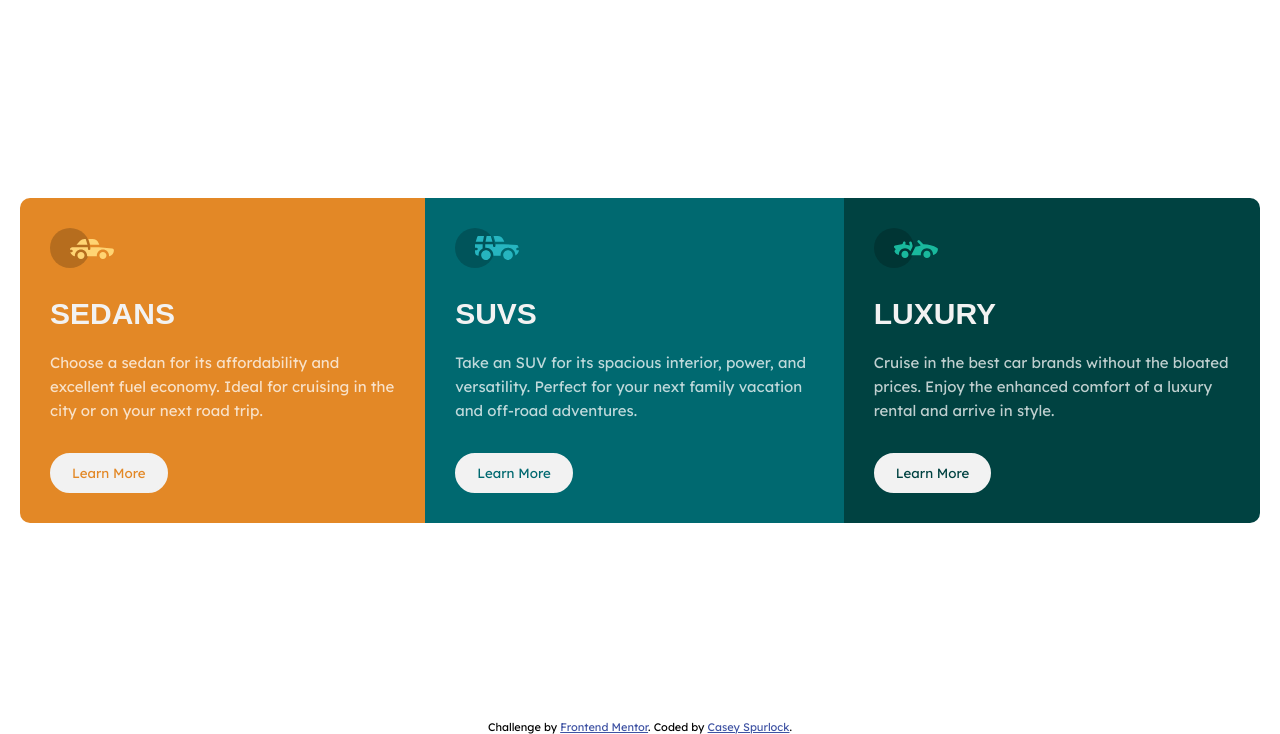
Repository: CaseySpurlock/3-column-preview-card-component-main
Page: index.html
An editor plug-in stored every save of this project. The page is shown before and after the next save, followed by the edit.
The browser window is 1280 px wide. The pictures show the whole page.

Above is the page before, as saved 2021-06-23 11:22:13.

After the next save:
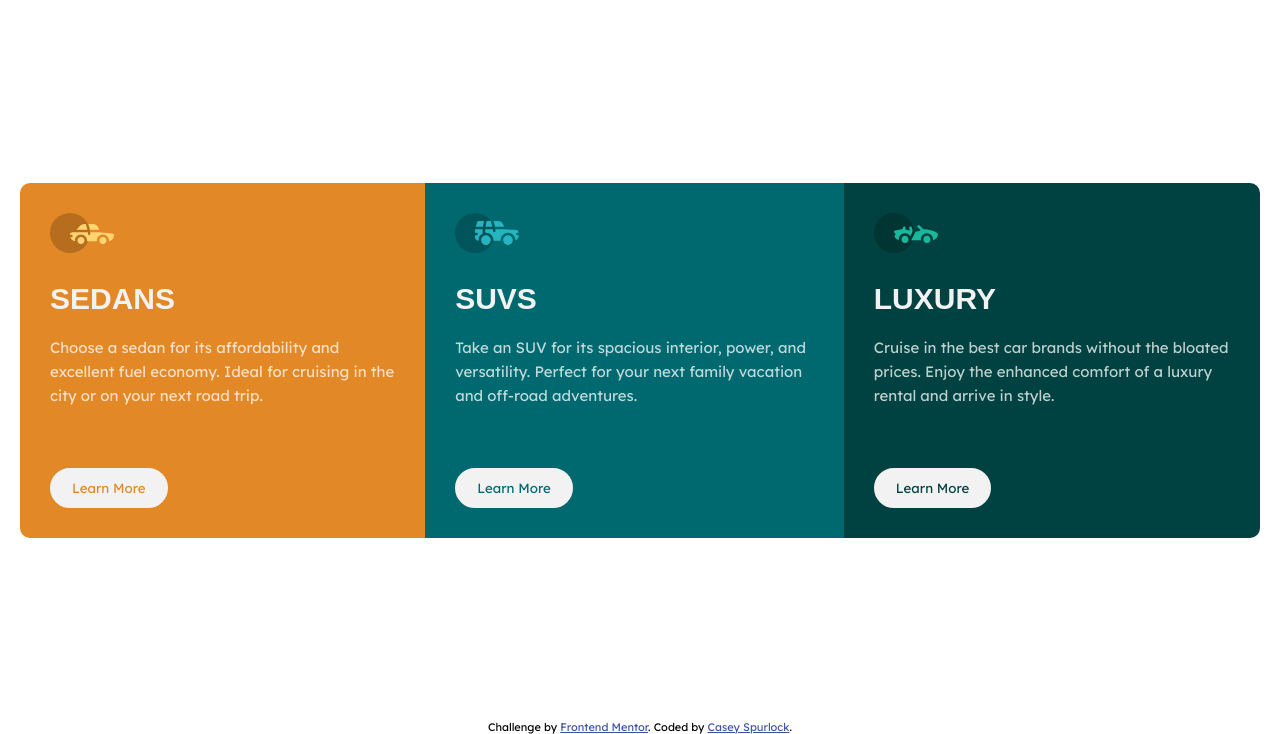
Saved 81 s later.
--- a/style.css
+++ b/style.css
@@ -109,6 +109,10 @@
     .very-dark-cyan {
         border-radius: 0 10px 10px 0;
     }
+
+    .card p {
+        margin-bottom: 60px;
+    }
 }
 
 @media (min-width: 1280px) {
